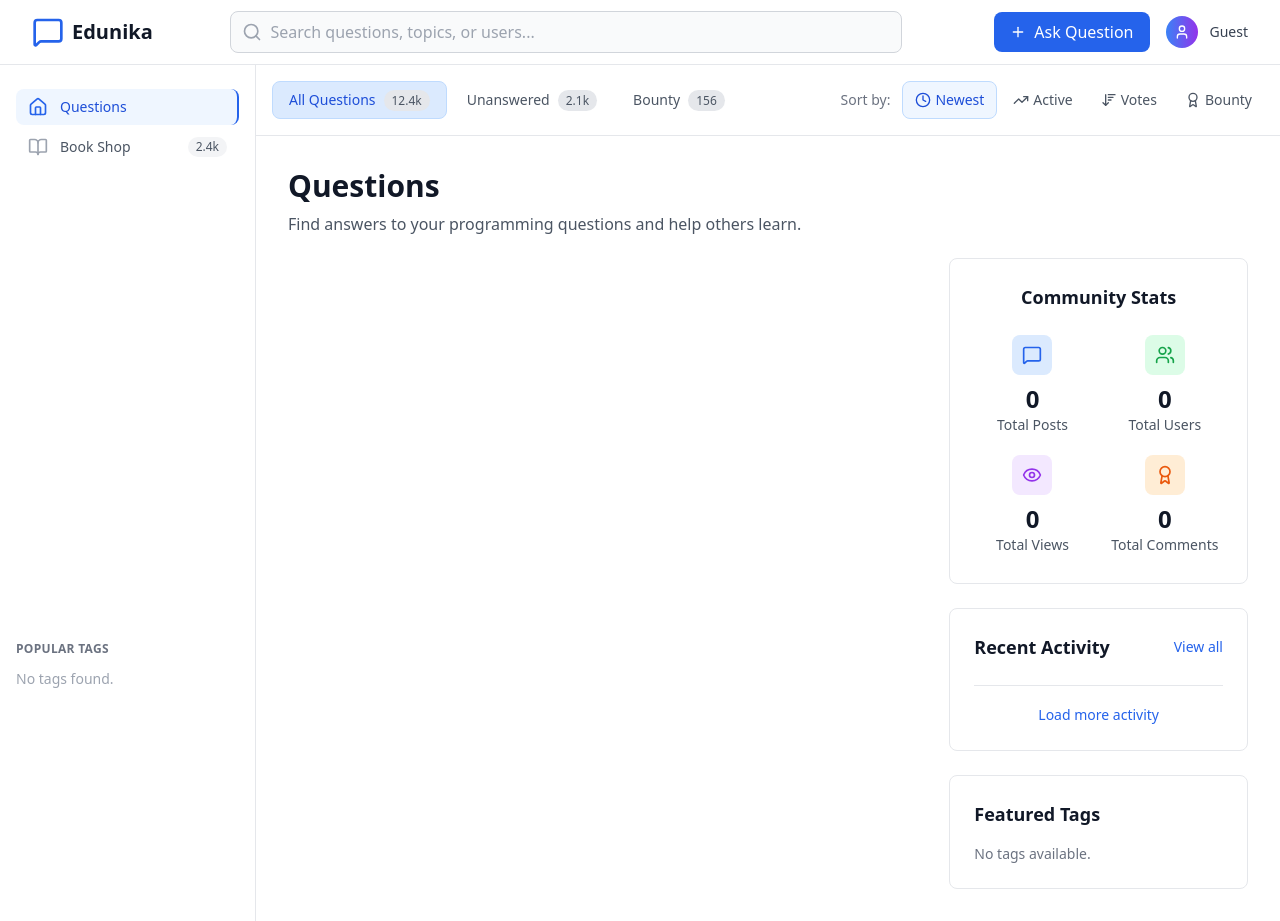
Repository: Ruddro420/forum-front-end
Page: /
An editor plug-in stored every save of this project. The page is shown before and after the next save, followed by the edit.
The browser window is 1280 px wide. The pictures show the whole page.
The page's requests for data from a server got no answer. The project was rebuilt for these pictures with package versions that can differ from the ones it lists, and the page was loaded fresh each time. No one was signed in, and anything a server would have sent is missing. Also part of the build but not shown: vite.config.js, src/Pages/Home.jsx, src/components/Question/QuestionCard.jsx, src/components/Question/AddQuestionSidebar.jsx, src/Pages/AskQuestion.jsx, src/Pages/ShopPage.jsx, src/Pages/QuestionDetail.jsx, src/Pages/ChatInterface.jsx and 6 more.

Above is the page before, as saved 2025-08-07 01:32:06.

### index.html
<!doctype html>
<html lang="en" data-theme="light">
  <head>
    <meta charset="UTF-8" />
    <link rel="icon" type="image/svg+xml" href="/vite.svg" />
    <meta name="viewport" content="width=device-width, initial-scale=1.0" />
    <title>Edunika</title>
  </head>
  <body>
    <div id="root"></div>
    <script type="module" src="/src/main.jsx"></script>
  </body>
</html>

### src/main.jsx
import { StrictMode } from 'react'
import { createRoot } from 'react-dom/client'
import './index.css'
import { createBrowserRouter, RouterProvider } from "react-router";
import MainLayout from './Layouts/MainLayout';
import Home from './Pages/Home';
import ForumPage from './Pages/ForumPage';
import AskQuestion from './Pages/AskQuestion';
import ShopPage from './Pages/ShopPage';
import QuestionDetail from './Pages/QuestionDetail';
import ChatInterface from './Pages/ChatInterface';
import StudentProfile from './Pages/StudentProfile';
import StudentDashboard from './Pages/StudentDashboard';
import Register from './Pages/Register';
import Login from './Pages/Login';
import PrivateRoute from './Auth/PrivateRoute';
import { AuthProvider } from './Auth/context/AuthContext';

const router = createBrowserRouter([
  {
    path: "",
    element: <MainLayout />,
    children: [
      { path: "/", element: <ForumPage /> },
      { path: "/questions", element: <ForumPage /> },
      { path: "/shop", element: <ShopPage /> },
    ]
  },
  {
    path: "",
    element: <PrivateRoute><MainLayout /></PrivateRoute>,
    children: [
      { path: "/ask-question", element: <AskQuestion /> },
      { path: "/question-detail/:id", element: <QuestionDetail /> },
      { path: "/chat/", element: <ChatInterface /> },
      { path: "/profile", element: <StudentProfile /> },
      { path: "/dashboard", element: <StudentDashboard /> },
    ]
  },
  { path: "/register", element: <Register /> },
  { path: "/login", element: <Login /> }
]);

createRoot(document.getElementById('root')).render(
  <StrictMode>
    <AuthProvider>
      <RouterProvider router={router} />
    </AuthProvider>
  </StrictMode>,
)

### src/index.css
@tailwind base;
@tailwind components;
@tailwind utilities;




/* :root {
  font-family: system-ui, Avenir, Helvetica, Arial, sans-serif;
  line-height: 1.5;
  font-weight: 400;

  color-scheme: light dark;
  color: rgba(255, 255, 255, 0.87);
  background-color: #242424;

  font-synthesis: none;
  text-rendering: optimizeLegibility;
  -webkit-font-smoothing: antialiased;
  -moz-osx-font-smoothing: grayscale;
}

@media (prefers-color-scheme: light) {
  :root {
    color: #213547;
    background-color: #ffffff;
  }
  a:hover {
    color: #747bff;
  }
  button {
    background-color: #f9f9f9;
  }
}
 */

### src/Layouts/MainLayout.jsx
import { useState } from "react";
import Header from "./Header";
import { Outlet } from "react-router";
import Sidebar from "./Sidebar";
import { Toaster } from "react-hot-toast";
import ScrollToTop from "../components/ScrollToTop";
import { useAuth } from "../Auth/context/AuthContext";


const MainLayout = () => {
  const [isSidebarOpen, setIsSidebarOpen] = useState(false);
  const { user, logout } = useAuth();

  return (
    <>
      <ScrollToTop />
      {/* {user ? (
        <>
          <span className="text-gray-700">Hi, {user.name}</span>
          <button
            onClick={logout}
            className="bg-red-500 text-white px-3 py-1 rounded hover:bg-red-600"
          >
            Logout
          </button>
        </>
      ) : (
        <a href="/login" className="text-blue-600">Login</a>
      )} */}
      <Header
        onMenuToggle={() => setIsSidebarOpen(!isSidebarOpen)}
        isMenuOpen={isSidebarOpen}
      />
      <div className="flex">
        <Sidebar
          isOpen={isSidebarOpen}
          onClose={() => setIsSidebarOpen(false)}
        />
        <main className="flex-1 lg:ml-0">
          <Outlet />
        </main>
      </div>
      <Toaster position='top-center' />
    </>
  );
};

export default MainLayout;

### src/Pages/ForumPage.jsx
import React, { useState } from "react";
import FilterBar from "../components/FilterBar";
import ActivityFeed from "../components/ActivityFeed";
import StatsWidget from "../components/StatsWidget";
import QuestionList from "../components/Question/QuestionList";
import { useAuth } from "../Auth/context/AuthContext";

const ForumPage = () => {
  const { posts, fetauredTag } = useAuth();
  const [currentPage, setCurrentPage] = useState(1);
  const postsPerPage = 4;

  const totalPages = Math.ceil(posts.length / postsPerPage);
  const paginatedPosts = posts.slice(
    (currentPage - 1) * postsPerPage,
    currentPage * postsPerPage
  );

  const tags = fetauredTag ? Object.keys(fetauredTag).slice(0, 9) : [];

  return (
    <>
      <FilterBar />
      <div className="mx-auto px-4 sm:px-6 lg:px-8 py-8">
        <div className="grid grid-cols-1 lg:grid-cols-3 gap-8">
          {/* Main Content */}
          <div className="lg:col-span-2">
            <div className="mb-6">
              <h1 className="text-3xl font-bold text-gray-900 mb-2">Questions</h1>
              <p className="text-gray-600">
                Find answers to your programming questions and help others learn.
              </p>
            </div>

            <QuestionList posts={paginatedPosts} />

            {/* Pagination */}
            <div className="mt-8 flex items-center justify-center space-x-2">
              {Array.from({ length: totalPages }, (_, i) => i + 1).map((page) => (
                <button
                  key={page}
                  onClick={() => setCurrentPage(page)}
                  className={`px-4 py-2 text-sm font-medium border rounded-lg ${
                    currentPage === page
                      ? "text-white bg-blue-600 border-blue-600"
                      : "text-gray-700 bg-white border-gray-300 hover:bg-gray-50"
                  }`}
                >
                  {page}
                </button>
              ))}

              {currentPage < totalPages && (
                <button
                  onClick={() => setCurrentPage((prev) => prev + 1)}
                  className="px-4 py-2 text-sm font-medium text-gray-700 bg-white border border-gray-300 rounded-lg hover:bg-gray-50"
                >
                  Next
                </button>
              )}
            </div>
          </div>

          {/* Sidebar Content */}
          <div className="space-y-6 mt-[90px]">
            <StatsWidget />
            <ActivityFeed />

            {/* Featured Tags */}
            <div className="bg-white rounded-lg border border-gray-200 p-6">
              <h3 className="text-lg font-semibold text-gray-900  mb-4">
                Featured Tags
              </h3>
              <div className="flex flex-wrap gap-2">
                {tags.length > 0 ? (
                  tags.map((tag) => (
                    <span
                      key={tag}
                      className="px-3 py-1 bg-blue-100 text-blue-800 rounded-lg text-sm font-medium cursor-pointer hover:bg-blue-200 transition-colors"
                    >
                      {tag}
                    </span>
                  ))
                ) : (
                  <span className="text-sm text-gray-500">
                    No tags available.
                  </span>
                )}
              </div>
            </div>
          </div>
        </div>
      </div>
    </>
  );
};

export default ForumPage;

### src/Auth/context/AuthContext.jsx
/* eslint-disable react-refresh/only-export-components */
import { createContext, useContext, useEffect, useState } from "react";
import { useNavigate } from "react-router";

const AuthContext = createContext(null);

export const AuthProvider = ({ children }) => {
    const [user, setUser] = useState(null);
    const [loading, setLoading] = useState(true);


    // Load user from sessionStorage on refresh
    useEffect(() => {
        fetchUser()

    }, []);



    const fetchUser = async () => {
        const userId = sessionStorage.getItem("userId");
        try {
            const res = await fetch(`${import.meta.env.VITE_SERVER_API}/me/${userId}`, {
                credentials: "include", // important if using cookies
            });
            // console.log("respose of me", res);
            if (!res.ok) throw new Error("Failed to fetch user");
            const data = await res.json();
            setUser(data);
        } catch (error) {
            console.error("Fetch user error:", error);
            setUser(null);
        } finally {
            setLoading(false);
        }
    };

    // Login using POST
    const login = async (email, password) => {
        try {
            const res = await fetch(`${import.meta.env.VITE_SERVER_API}/login`, {
                method: "POST",
                headers: {
                    "Content-Type": "application/json",
                },
                body: JSON.stringify({ email, password }),
            });

            const data = await res.json();
            console.log("logindata", data.user);
            // setUser(data.user);

            // If API returns a user id
            if (data?.user?.id) {
                sessionStorage.setItem("userId", data.user.id); // optional
                await fetchUser(); // ✅ no id needed
                return { success: true };
            } else {
                return { success: false, message: data?.message || "Invalid credentials" };
            }
        } catch (error) {
            console.error("Login error:", error);
            return { success: false, message: "Login failed" };
        }
    };

    // const navigate = useNavigate();

    const logout = () => {
        sessionStorage.removeItem("userId");
        setUser(null);
        window.location.reload();
    };

    const [posts, setPosts] = useState([])

    // fetch post data
    const fetchPost = async () => {
        //   const userId = sessionStorage.getItem("userId");
        try {
            const res = await fetch(`${import.meta.env.VITE_SERVER_API}/posts`);
            // console.log("respose of me",res);
            if (!res.ok) throw new Error("Failed to fetch user");
            const data = await res.json();
            setPosts(data.data);
        } catch (error) {
            console.error("Fetch user error:", error);
            // setUser(null);
        } finally {
            setLoading(false);
        }
    };

    // console.log(posts);

    useEffect(() => {
        fetchPost()
    }, [])

    console.log(posts);






    return (
        <AuthContext.Provider value={{ user, loading, login, logout, fetchUser,posts }}>
            {children}
        </AuthContext.Provider>
    );
};

export const useAuth = () => useContext(AuthContext);

### src/components/ScrollToTop.jsx
import { useEffect } from 'react';
import { useLocation } from 'react-router';

const ScrollToTop = () => {
  const { pathname } = useLocation();

  useEffect(() => {
    window.scrollTo({
      top: 0,
      behavior: 'smooth', // or 'auto' if you want instant scroll
    });
  }, [pathname]);

  return null;
};

export default ScrollToTop;

### src/components/FilterBar.jsx
import { Award, Calendar, Clock, Filter, SortDesc, TrendingUp } from "lucide-react";
import { useState } from "react";


const FilterBar = () => {
  const [activeFilter, setActiveFilter] = useState('newest');
  const [activeTab, setActiveTab] = useState('all');

  const filterOptions = [
    { id: 'newest', label: 'Newest', icon: Clock },
    { id: 'active', label: 'Active', icon: TrendingUp },
    { id: 'votes', label: 'Votes', icon: SortDesc },
    { id: 'bounty', label: 'Bounty', icon: Award },
  ];

  const tabs = [
    { id: 'all', label: 'All Questions', count: '12.4k' },
    { id: 'unanswered', label: 'Unanswered', count: '2.1k' },
    { id: 'bounty', label: 'Bounty', count: '156' },
  ];

  return (
    <div className="bg-white border-b border-gray-200 px-4 py-4">
      <div className="max-w-7xl mx-auto">
        {/* Tabs */}
        <div className="flex flex-wrap items-center justify-between">
          <div className="flex space-x-1">
            {tabs.map((tab) => (
              <button
                key={tab.id}
                onClick={() => setActiveTab(tab.id)}
                className={`px-4 py-2 text-sm font-medium rounded-lg transition-colors ${
                  activeTab === tab.id
                    ? 'bg-blue-100 text-blue-700 border border-blue-200'
                    : 'text-gray-600 hover:text-gray-900 hover:bg-gray-50'
                }`}
              >
                {tab.label}
                <span className="ml-2 text-xs bg-gray-200 text-gray-600 px-2 py-0.5 rounded-full">
                  {tab.count}
                </span>
              </button>
            ))}
          </div>

          <div className="flex items-center space-x-3">
            <span className="text-sm text-gray-500">Sort by:</span>
            <div className="flex space-x-1">
              {filterOptions.map((option) => (
                <button
                  key={option.id}
                  onClick={() => setActiveFilter(option.id)}
                  className={`flex items-center px-3 py-2 text-sm font-medium rounded-lg transition-colors ${
                    activeFilter === option.id
                      ? 'bg-blue-50 text-blue-700 border border-blue-200'
                      : 'text-gray-600 hover:text-gray-900 hover:bg-gray-50'
                  }`}
                >
                  <option.icon className="h-4 w-4 mr-1" />
                  {option.label}
                </button>
              ))}
            </div>
          </div>
        </div>

        {/* Active Filters */}
        {/* <div className="flex items-center justify-between">
          <div className="flex items-center space-x-4">
            <span className="text-sm text-gray-500">
              Showing 12,456 questions
            </span>
            <div className="flex items-center space-x-2">
              <Filter className="h-4 w-4 text-gray-400" />
              <span className="text-sm text-gray-600">
                Filtered by: JavaScript, React
              </span>
              <button className="text-sm text-blue-600 hover:text-blue-700">
                Clear filters
              </button>
            </div>
          </div>

          <button className="text-sm text-gray-600 hover:text-gray-900 flex items-center">
            <Calendar className="h-4 w-4 mr-1" />
            Last 30 days
          </button>
        </div> */}
      </div>
    </div>
  );
};

export default FilterBar;

### src/components/ActivityFeed.jsx
import React from 'react';
import { MessageSquare, Award, TrendingUp, Users, Clock, UserCircle } from 'lucide-react';
import { useAuth } from '../Auth/context/AuthContext';
import { format } from 'timeago.js';
import { NavLink } from 'react-router';

const ActivityFeed = () => {
  const { recentPost } = useAuth()

  return (
    <div className="bg-white rounded-lg border border-gray-200 p-6 ">
      <div className="flex items-center justify-between mb-4">
        <h3 className="text-lg font-semibold text-gray-900 ">
          Recent Activity
        </h3>
        <button className="text-sm text-blue-600 hover:text-blue-700 ">
          View all
        </button>
      </div>

      <div className="space-y-4">
        {recentPost?.map((post) => (
          <div key={post.id} className="flex items-start space-x-3">
            <div className="p-2 rounded-lg bg-blue-100 ">
              <MessageSquare className="h-4 w-4 text-blue-600 " />
            </div>
            <NavLink to={`/question-detail/${post.id}`} className="flex-1 min-w-0 cursor-pointer">
              <p className="text-sm text-gray-900  font-medium">
                {post.title}
              </p>
              <p className="text-xs text-gray-500 ">

                <span className="font-bold text-green-900 mr-2">
                  {post.category?.name || "N/A"}
                </span>
                ||
                <span className="font-bold text-orange-900 ml-2">
                   {post.sub_category?.name || "N/A"}
                </span>
              </p>
              <div className="flex items-center mt-1 text-xs text-gray-500">
                <UserCircle className="h-3 w-3 mr-1" />
                <span>{post.student?.name || "Admin"}</span>
                <span className="mx-1">•</span>
                <Clock className="h-3 w-3 mr-1" />
                {/* <span>{moment(post.created_at).fromNow()}</span> */}
                <span>{format(post.created_at)}</span>
              </div>
            </NavLink>
          </div>
        ))}
      </div>

      <div className="mt-6 pt-4 border-t border-gray-200">
        <button className="w-full text-center text-sm text-blue-600 hover:text-blue-700  font-medium">
          Load more activity
        </button>
      </div>
    </div>
  );
};

export default ActivityFeed;

### src/components/StatsWidget.jsx
import { Award, Eye, MessageSquare, Users } from "lucide-react";
import { useAuth } from "../Auth/context/AuthContext";

const StatsWidget = () => {
  const { stats } = useAuth();

  const statsData = [
    {
      label: "Total Posts",
      value: stats?.total_posts ?? 0,
      change: "+234",
      changeType: "increase",
      icon: MessageSquare,
      color: "text-blue-600",
      bgColor: "bg-blue-100",
    },
    {
      label: "Total Users",
      value: stats?.total_users ?? 0,
      change: "+156",
      changeType: "increase",
      icon: Users,
      color: "text-green-600",
      bgColor: "bg-green-100",
    },
    {
      label: "Total Views",
      value: stats?.total_views ?? 0,
      change: "+12%",
      changeType: "increase",
      icon: Eye,
      color: "text-purple-600",
      bgColor: "bg-purple-100",
    },
    {
      label: "Total Comments",
      value: stats?.total_comments ?? 0,
      change: "+45",
      changeType: "increase",
      icon: Award,
      color: "text-orange-600",
      bgColor: "bg-orange-100",
    },
  ];

  return (
    <div className="bg-white rounded-lg border border-gray-200 p-6 ">
      <h3 className="text-lg font-semibold text-gray-900  mb-6 text-center">
        Community Stats
      </h3>

      <div className="grid grid-cols-2 gap-4">
        {statsData.map((stat, index) => {
          const Icon = stat.icon;
          return (
            <div key={index} className="text-center">
              <div
                className={`inline-flex items-center justify-center w-10 h-10 rounded-lg ${stat.bgColor} mb-2`}
              >
                <Icon className={`h-5 w-5 ${stat.color}`} />
              </div>
              <div className="text-2xl font-bold text-gray-900 ">
                {stat.value}
              </div>
              <div className="text-sm text-gray-600  mb-1">
                {stat.label}
              </div>
              {/* <div className="text-xs text-green-600 font-medium">
                {stat.change} this week
              </div> */}
            </div>
          );
        })}
      </div>
    </div>
  );
};

export default StatsWidget;

### src/components/Question/QuestionList.jsx
// import questions from '../../../public/data/questions.json'
import { useAuth } from '../../Auth/context/AuthContext';
import QuestionCard from './QuestionCard';

const QuestionList = () => {
const {posts} = useAuth();
console.log(posts);


  return (
    <div className="space-y-4">
      {posts?.map((question) => (
        <QuestionCard key={question.id} question = {question} />
      ))}
    </div>
  );
};

export default QuestionList;

Loaded but not shown: tailwind.config.js (common file); src/Layouts/Sidebar.jsx (138 lines, source omitted); src/Layouts/Header.jsx (77 lines, source omitted)

After the next save:
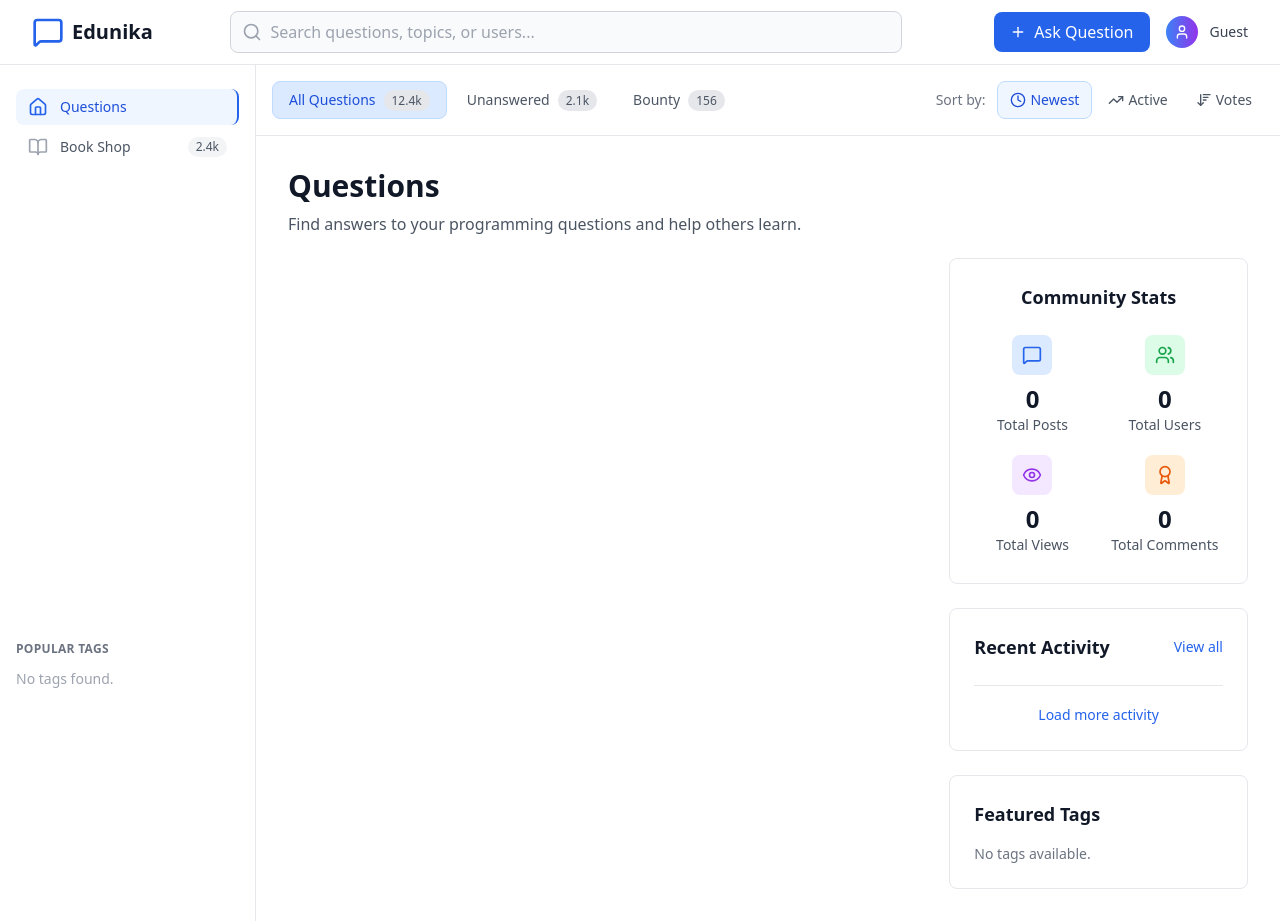
Saved 2 min 53 s later.
--- a/src/components/FilterBar.jsx
+++ b/src/components/FilterBar.jsx
@@ -10,7 +10,7 @@ const FilterBar = () => {
     { id: 'newest', label: 'Newest', icon: Clock },
     { id: 'active', label: 'Active', icon: TrendingUp },
     { id: 'votes', label: 'Votes', icon: SortDesc },
-    { id: 'bounty', label: 'Bounty', icon: Award },
+    // { id: 'bounty', label: 'Bounty', icon: Award },
   ];
 
   const tabs = [
